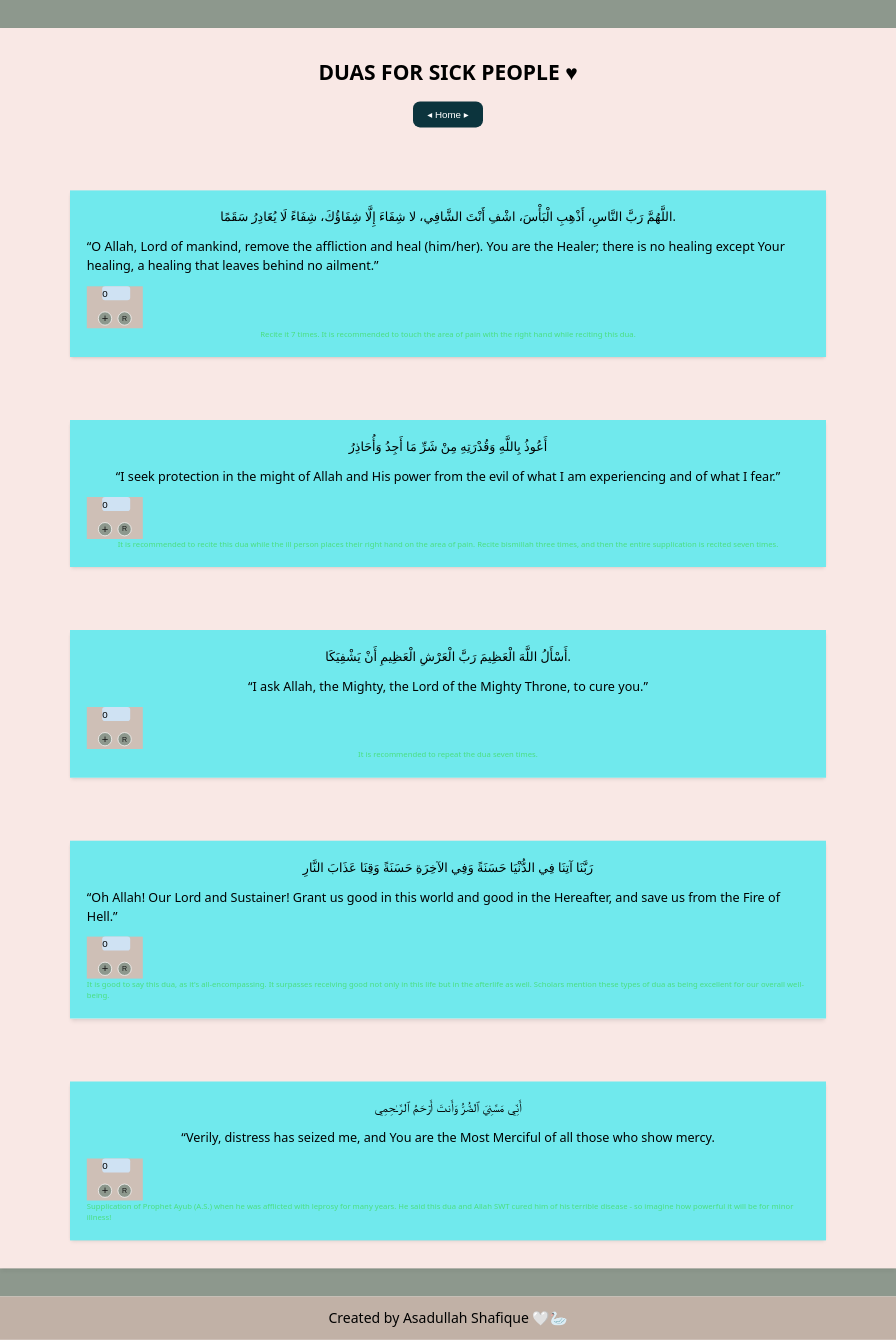
Repository: asadullah48/Duas_Diary
Page: /sick
The author's editor kept a copy of each file at every save. The page is drawn from the files as they stood at one save, then again after the next save.
The browser window is 1280 px wide. The pictures show the whole page, at 70% of full size.
The project was rebuilt for these pictures with package versions that can differ from the ones it lists, and the page was loaded fresh each time. The framework's server and built-in components were replaced by stand-ins that run in the browser. Also part of the build but not shown: next.config.ts.

Above is the page before, as saved 2024-11-30 10:09:16.

After the next save:
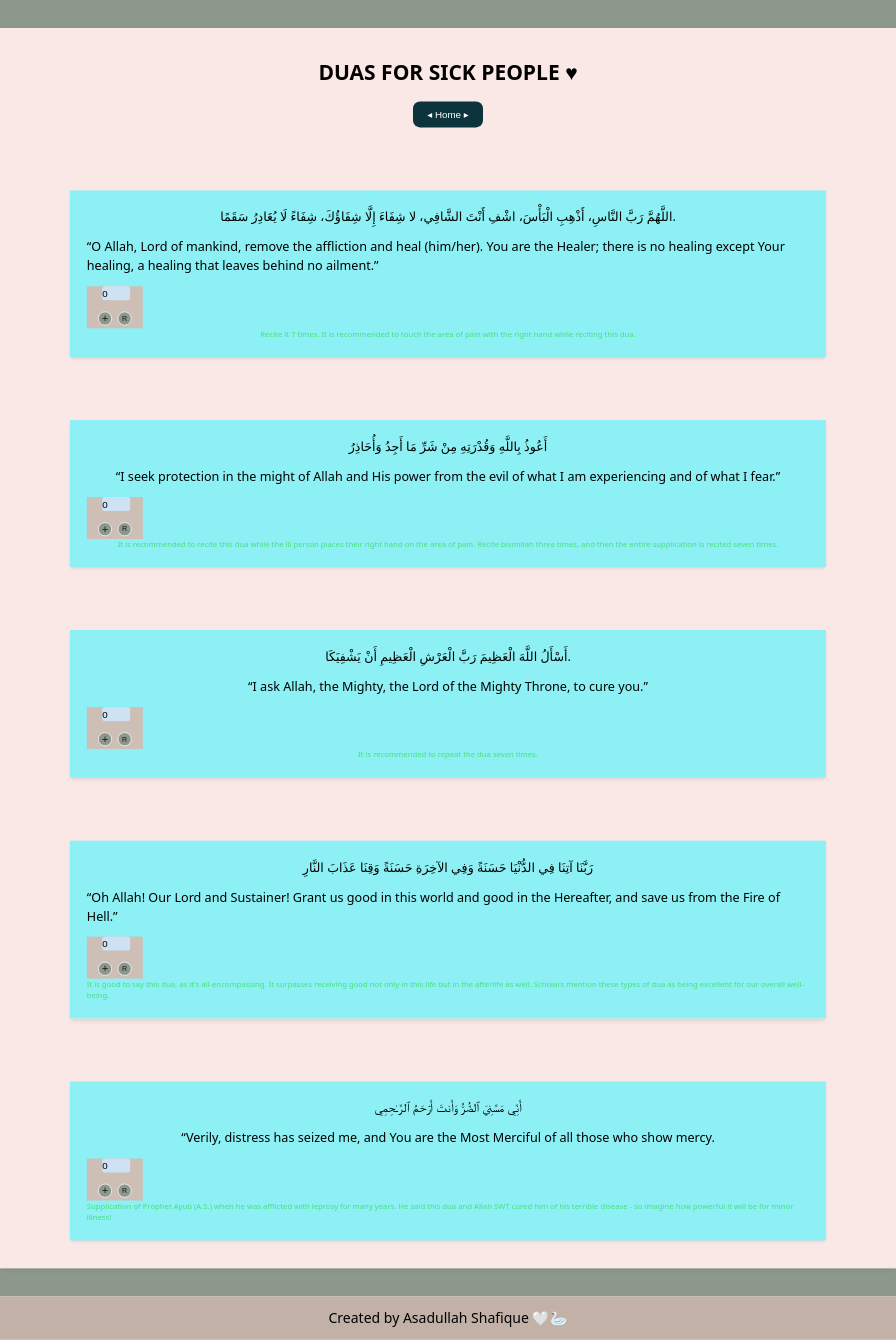
Saved 6 s later.
--- a/src/components/props.tsx
+++ b/src/components/props.tsx
@@ -14,7 +14,7 @@ export default function LightPinkSection({
   note,
 }: SectionProps) {
   return (
-    <div className="w-[90%] bg-[#6beaeef5] p-6 rounded-lg mx-auto shadow-md mt-[90px]">
+    <div className="w-[90%] bg-[#88f1f5f5] p-6 rounded-lg mx-auto shadow-md mt-[90px]">
       <p className="text-black text-[18px] font-sans mb-4 flex justify-center">
         {paragraph}
       </p>
